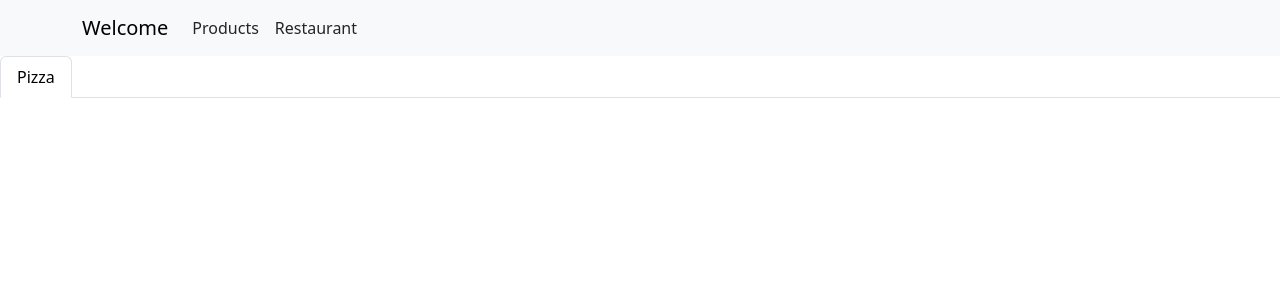
Repository: HadelAbdellatif/ReactApp2
Page: /restaurant
An editor plug-in stored every save of this project. The page is shown before and after a run of saves, followed by the edit.
The browser window is 1280 px wide. The pictures show the whole page.
The page's requests for data from a server got no answer. The project was rebuilt for these pictures with package versions that can differ from the ones it lists, and the page was loaded fresh each time. No one was signed in, and anything a server would have sent is missing. Also part of the build but not shown: vite.config.js, src/components/products/Products.jsx, src/App.css, src/index.css.

Above is the page before, as saved 2023-11-03 22:41:12.

### src/main.jsx
import React from 'react'
import ReactDOM from 'react-dom/client'
import 'bootstrap/dist/css/bootstrap.min.css';
import { BrowserRouter} from 'react-router-dom'
import App from './App.jsx'
import './index.css'

ReactDOM.createRoot(document.getElementById('root')).render(
  <BrowserRouter>
    <App />
  </BrowserRouter>,
)

### src/App.jsx
import { useState } from 'react'
import { Routes, Route } from 'react-router-dom'
import Navbar from './components/navbar/Navbar'
import Products from './components/products/Products'
import Restaurant from './components/restaurant/Restaurant'
import './App.css'

function App() {

  return (
    <>
      <Navbar />

      <Routes>
        <Route path='/products' element={<Products />} />
        <Route path='/restaurant' element={<Restaurant />} />
      </Routes>
    </>
  )
}

export default App

### src/components/navbar/Navbar.jsx
import Container from 'react-bootstrap/Container';
import Nav from 'react-bootstrap/Nav';
import Navbar from 'react-bootstrap/Navbar';
import { Link } from 'react-router-dom'; // Import Link from react-router-dom

function CustomerNavbar() {
  return (
    <Navbar expand="lg" className="bg-body-tertiary">
      <Container>
        <Navbar.Brand href="#home">Welcome</Navbar.Brand>
        <Navbar.Toggle aria-controls="basic-navbar-nav" />
        <Navbar.Collapse id="basic-navbar-nav">
          <Nav className="me-auto">
          <Link to="/products" className="px-2 text-dark text-decoration-none">Products</Link>
          <Link to="/restaurant" className="px-2 text-dark text-decoration-none">Restaurant</Link>
          </Nav>
        </Navbar.Collapse>
      </Container>
    </Navbar>
  );
}

export default CustomerNavbar;

### src/components/restaurant/Restaurant.jsx
import React, { useEffect, useState } from 'react'
import Tab from 'react-bootstrap/Tab';
import Tabs from 'react-bootstrap/Tabs';

function RestaurantMenu() {

    let [menu, setMenu] = useState([]);
    let [category, setCategory] = useState('Pizza')

    const getMenu = async (category) => {

        let link = 'https://forkify-api.herokuapp.com/api/search?q=' + category;
        let response = await fetch(link);
        let data = await response.json();
        let data2 = data.recipes;
        setMenu(data2);
    }

    useEffect(() => {
        getMenu(category);
    }, [category])


    const handleSelect = (key) => {
        setCategory(key.toLowerCase()); // Update category state when a tab is selected
    };

    return (

        <>

            <Tabs
                defaultActiveKey="Pizza"
                id="uncontrolled-tab-example"
                className="mb-3"
                onSelect={handleSelect}
            >
                <Tab eventKey="Pizza" title="Pizza">
                    <div className='row mt-5'>
                        {menu.map((ele) => {
                            return (
                                <div className='col-md-4  pb-5' key={ele.id}>
                                    <h2>{ele.title}</h2>
                                    <img src={ele.image_url} className='w-100' />
                                </div>
                            )
                        })}
                    </div>
                </Tab>
            </Tabs>

        </>
    );
}

export default RestaurantMenu;

Loaded but not shown: index.html (common file)

After the next 2 saves:
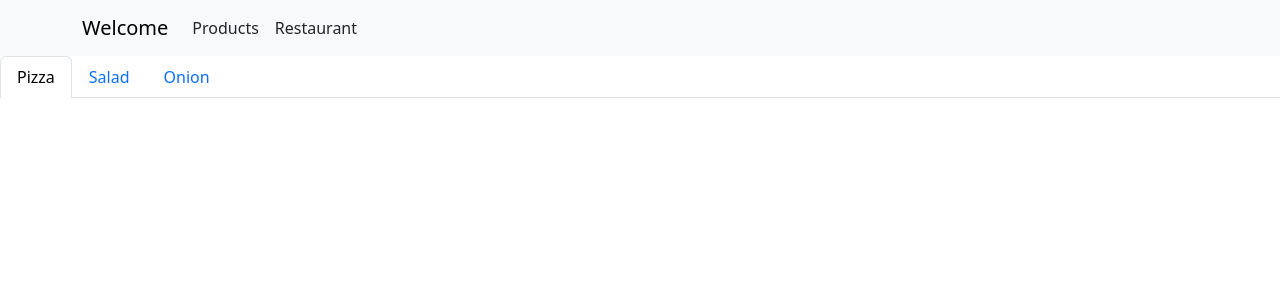
The 2 saves are shown as one change because they came seconds apart.
The last was saved 34 s later.
--- a/src/components/restaurant/Restaurant.jsx
+++ b/src/components/restaurant/Restaurant.jsx
@@ -47,6 +47,15 @@ function RestaurantMenu() {
                         })}
                     </div>
                 </Tab>
+
+                <Tab eventKey="Salad" title="Salad">
+        Tab content for Salad
+      </Tab>
+
+
+      <Tab eventKey="Onion" title="Onion">
+        Tab content for Onion
+      </Tab>
             </Tabs>
 
         </>
